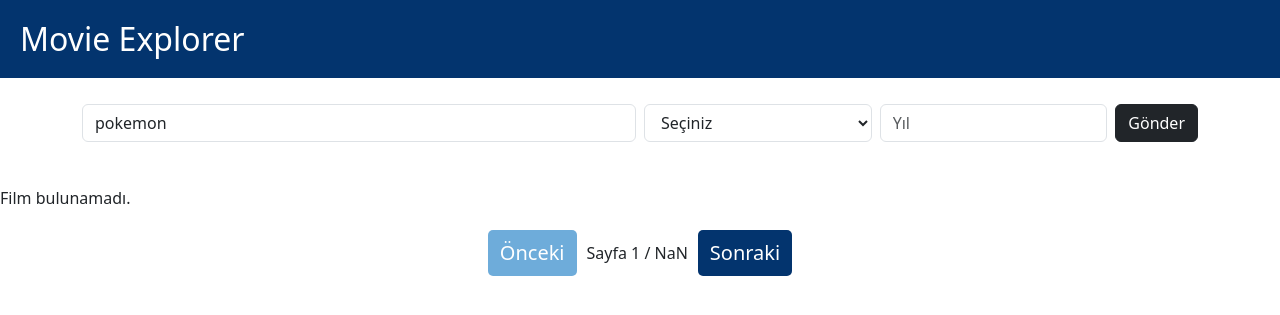
Repository: denizdizi/movie-explorer
Page: /
These files come from the project's save history. The page is drawn as it stood at one moment and after the next save; the edit follows.
The browser window is 1280 px wide. The pictures show the whole page.
The page's requests for data from a server got no answer. The project was rebuilt for these pictures with package versions that can differ from the ones it lists, and the page was loaded fresh each time. No one was signed in, and anything a server would have sent is missing. Also part of the build but not shown: src/App.css, src/components/MovieCard.js, src/pages/MovieDetail.js.

Above is the page before, as saved 2025-03-29 01:18:17.

After the next save:
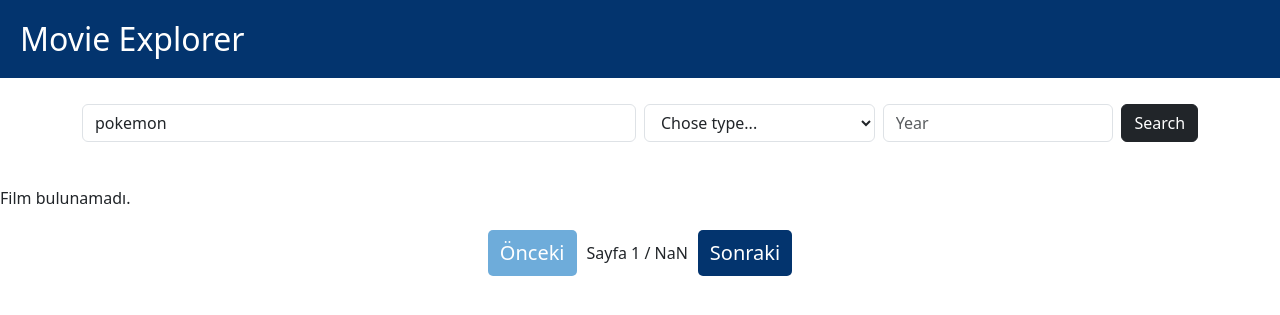
Saved 99 s later.
--- a/src/components/SearchBar.js
+++ b/src/components/SearchBar.js
@@ -56,7 +56,7 @@ const SearchBar = () => {
           </div>
           <div className="col">
             <select className="form-control" style={{ appearance: "auto" }} onChange={handleChange} name="type" value={formData.type}>
-              <option value="">Seçiniz</option>
+              <option value="">Chose type...</option>
               {options.map((option, index) => (
                 <option key={index} value={option.value}>{option.label}</option>
               ))}
@@ -65,7 +65,7 @@ const SearchBar = () => {
             <input
               type="number"
               className="form-control"
-              placeholder="Yıl"
+              placeholder="Year"
               min="1900"
               max="2025"
               onChange={handleChange}
@@ -75,7 +75,7 @@ const SearchBar = () => {
             {yearError && <small className="text-danger">{yearError}</small>}
           </div>
           <div className="col-auto">
-            <button type="submit" className="btn btn-dark" disabled={isSubmitDisabled}>Gönder</button>
+            <button type="submit" className="btn btn-dark" disabled={isSubmitDisabled}>Search</button>
           </div>
         </div>
       </form>
